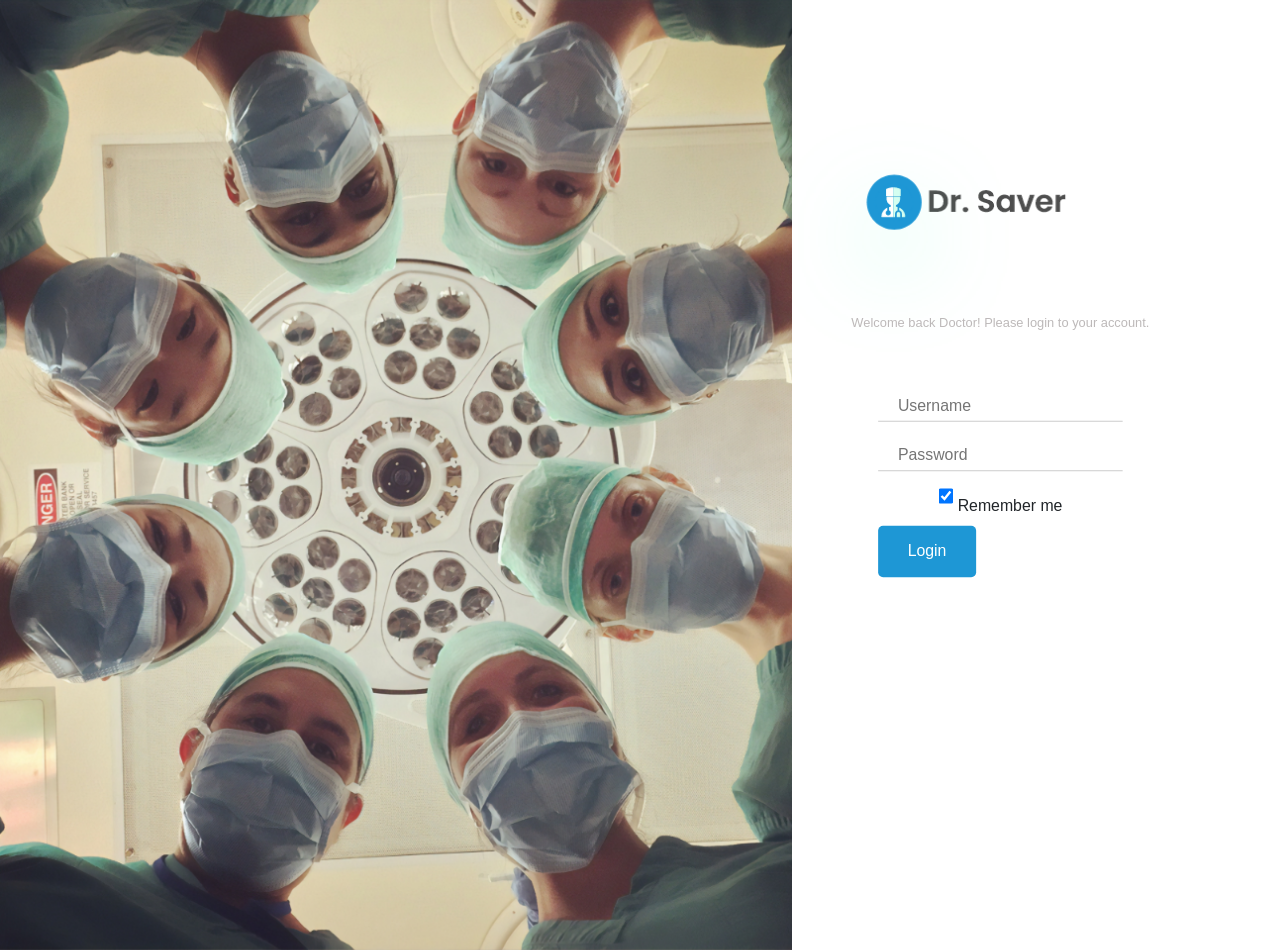
Repository: nsra/hadeel_doctor_system
Page: doctor/Dlogin.html
These files come from the project's save history. The page is drawn as it stood at one moment and after a run of saves; the edit follows.
The browser window is 1280 px wide. The page is 1295 px wide, so the pictures cover 1295 px, including what lies to the right of the window. The pictures show the whole page, at 99% of full size.
Some web fonts or font styles are not loaded; a fallback is used. Some web libraries are served in a nearby version.

Above is the page before, as saved 2022-03-29 16:52:18.

### doctor/Dlogin.html
<!DOCTYPE html>
<html lang="en">
<head>
    <meta charset="UTF-8">
    <meta http-equiv="content-type" content="text/html; charset=UTF-8">
    <title>DrSaver</title>
    <link rel="shortcut icon" href="../assets/img/doctor.png" type="image/x-icon">
    <link rel="stylesheet" href="https://maxcdn.bootstrapcdn.com/bootstrap/4.0.0/css/bootstrap.min.css" integrity="sha384-Gn5384xqQ1aoWXA+058RXPxPg6fy4IWvTNh0E263XmFcJlSAwiGgFAW/dAiS6JXm" crossorigin="anonymous">
    <link rel="stylesheet" href="https://pro.fontawesome.com/releases/v5.10.0/css/all.css" integrity="sha384-AYmEC3Yw5cVb3ZcuHtOA93w35dYTsvhLPVnYs9eStHfGJvOvKxVfELGroGkvsg+p" crossorigin="anonymous"/>
    <link rel="stylesheet" href="../assets/css/style.css" type="text/css">
    <link rel="preconnect" href="https://fonts.gstatic.com">
    <link href="https://fonts.googleapis.com/css2?family=Tajawal:wght@700&display=swap" rel="stylesheet">
    <meta name="viewport" content="width=device-width, initial-scale=1, shrink-to-fit=no">
</head>
<body>
<section class="loginSection">
    <div class="row window-full">
        <div class="hero col-6 float-right ">
           <img  src="../assets/img/dlogin.png"></img>

        </div>
        <div class="col-6 float-left text-center">
            <img class="fleft" src="../assets/img/log1.png"></img>
            <div class="fright pd-y">

              <br>
           <p  class="pcol">Welcome back Doctor! Please login to your account.</p>

          <form action="action_page.php" method="post">


              <input type="text" placeholder="Username" name="uname" required>


              <input type="password" placeholder="Password" name="psw" required>

        <div class="">
            <input type="checkbox" checked="checked" style="width:15px;" name="remember"> Remember me
            </div>
            <button type="submit">Login</button>


          </form>
        </div>
      </div>
    </div>
</section>

<script src="https://ajax.googleapis.com/ajax/libs/jquery/3.5.1/jquery.min.js"></script>
<!-- Popper.JS -->
<script src="https://cdnjs.cloudflare.com/ajax/libs/popper.js/1.14.0/umd/popper.min.js" integrity="sha384-cs/chFZiN24E4KMATLdqdvsezGxaGsi4hLGOzlXwp5UZB1LY//20VyM2taTB4QvJ" crossorigin="anonymous"></script>
<!-- Bootstrap JS -->
<script src="https://stackpath.bootstrapcdn.com/bootstrap/4.1.0/js/bootstrap.min.js" integrity="sha384-uefMccjFJAIv6A+rW+L4AHf99KvxDjWSu1z9VI8SKNVmz4sk7buKt/6v9KI65qnm" crossorigin="anonymous"></script>
<script src="assets/js/scripts.js"></script>

</body>
</html>

### assets/css/style.css
 /*common*/


.overlay{
    position:absolute;
    width:  100%;
    height: 100%;
    top: 0;
    left: 0;
    background-color: rgba(3, 3, 3, 0.7);
}
.hover-opacity{
    transition: opacity .5s;
}
.hover-opacity:hover{
opacity: 0.8;
}

/*general css*/
:root{
    --maincolor:#6195ff;
}
*{
    margin: 0;
    padding: 0;
    box-sizing: border-box;
}
ul{
    list-style: none;
}
.container{
    width: 80%;

    margin: auto;/*elment in the center*/
}
body{
    font-family: 'Varela Round', sans-serif;
}
.clear{
    clear: both;
}
h1,h2,h3,h4,h5,h6{
    font-family: montserrat,sans-serif;
}
button{
    font-family: inherit;
}
a{
    text-decoration: none;
}
.pd-y{
    padding: 100px 0;
}
.section-header{
    text-align: center;
    margin-bottom: 20px;
}
.section-header .section-title{
    font-size: 35px;
    text-transform: capitalize;
    margin-bottom: 10px;
}
.section-header .line{
display: block;
height: 5px;
width: 60px;
margin: 0 auto 70px auto;
background-color: var(--maincolor);
}

.ltr-effect,.tb-effect{
    position: relative;
}
.ltr-effect::after,.tb-effect::after{
position: absolute;
content: "";
top: 0;
right: 0;
left: 0;
bottom: 0;
background: #333;
z-index:-1 ;

}
.ltr-effect:hover::after{
width: 100%;
}
.ltr-effect::after{
    width: 0;
    transition: width 0.5s;
}
.tb-effect::after{
 height: 0;
 transition: height 0.5s;

}
.tb-effect:hover::after{
height: 100%;
}
/* header*/
.header{
    position:fixed;
    width: 100%;
    z-index: 15;
    height: 10%;
  }

 b{
     color: #ffff;

 }
.header .logo{
    width: 50%;
  float: left;
 }
.header .logo img{
    width: 120px;
    margin-left: 20px;
   }
.header .nav{
    width: 50%;
     float: left;
    list-style: none;
    text-align: right;
}
.header .nav > li{
    display: inline-block;

    text-align: right;
}
.header .nav > li > a{
    color: #fff;
    font-size: 15px;

    display: block;
    padding: 30px 15px;
}

.header .nav > li > a.active:after{
content: "";
display: block;
margin-top: 2px;
height: 3px;
background-color: #6195ff;
transition: width 0.5s;

}
.header .nav > li > a.active:after{
    width: 100%;
}

.header .nav > li > a:after{
width: 0;
}
.header .nav > li > a:hover::after{
    width: 100%;
    }
    .dropdown{
        position: relative;
    }
    .dropdown-menu{
        position: absolute;
        background: #6195ff;
        width: 150px;
        text-align: right;
        left: -50%;
        top: 70%;
        opacity: 0;
        visibility: hidden;
        transition: opacity 0.5s;
    }
    .dropdown-menu a{
        color:#fff;
        display: block;
        padding: 10px;

    }
    .dropdown:hover .dropdown-menu{
        opacity: 1;
        visibility:visible;
    }
/*Home section*/
.home{
    height: 100vh;
    background-image: url(../img/background.png);
    background-size: cover;
    position: relative;
}
.home-content{
    position: absolute;
    width: 65%;
    top: 50%;
    left: 50%;
    transform: translate(-50%,-50%);
    text-align: left;
}
.home .title{

margin: 20px 0;
color: var(--maincolor);
letter-spacing: 2px;
line-height: 1.5;
}
.home .home-desc{
    color: #fff;
    font-size: 3.5rem;
    text-transform: uppercase;
}
.home .btn{
    max-width: 150px;
    padding: 15px 0;
    border-radius: 5px;
    border: 0;
    cursor: pointer;
    font-size: 18px;
}

.home .btn-learn{
    background-color: #6195ff;
    color:#fff;

}

nav{
    font-size: 18px;
}
.navbar-light .navbar-brand{
    font-size: 32px;
 }

.navbar-light .navbar-nav .nav-link{
    color: black;
}

 #cplue{
     color:#1E97D5 ;
 }
 .bplue{
background-color: #dce0e4;
 color: #1E97D5;
 }
 .fleft{
     position: relative;
     margin-top: 11%;
    margin-right: 20%;
 }
 .fright{
     position:absolute;
     right:20%;
     top: 20%;
 }
 .pcol{
     color: rgb(189, 185, 185);
     font-size: small;
 }

/*About section*/

.about-content{
    overflow: hidden;
}
.about-item{
     width: 30%;
    float: left;
text-align: center;
border: 1px solid #e8e8e8;
padding: 50px 20px;
}

.about-item.mg{
    margin: 0 5%;
}
.about-item:hover .about-item-title{
    color: #fff;
}
.about-item .icon{
    color: #6195ff;
    margin-bottom: 10px;
}
.about-item-title{
    text-transform: capitalize;
    margin-bottom: 10px;
    transition: color 0.5s;
}
.about-item-desc{
    line-height: 1.6;
    margin-bottom: 10px;
    color:#999 ;
}
.about-item-link{
color: #6195ff;
text-transform: capitalize;
}

/*number section*/
.numbers{
    position: relative;
    background-image: url(../img/background.png);
    background-size: cover;
    background-attachment: fixed;
    height: 300px;
}
.numbers-item{
    overflow: hidden;

}
.number-item{
width: 25%;
float: left;
text-align: center;
}
.number-item .icon{
    color: #6195ff;
    margin-bottom: 15px;
}
.number-item-title{
    font-weight: bold;
    font-size: 30px;
    color: #fff;

}
.number-item-text{
    color: #fff;
}

/*Blog page*/
.blog{
    background: #f9f9f9;
}

.blog-content{
    overflow: hidden;
}
.blog-item{
    width: 30%;
    float: left;
    background: #fff;
}
.blog-item-img img{
width: 100%;
}

.blog-info{
    padding: 20px;
}

.blog-list{
    list-style: none;
    margin: 20px 0;
}
.blog-list li{
    display: inline-block;
    margin: 0 5px;
}

.blog-list li i{
    color: #6195ff;
}
.blog-title{
    font-weight: bold;
    margin: 20px 0;
}
.blog-desc{
    color: #999;
    margin-bottom: 10px;
    line-height: 1.5;
 }
.blog-link{
    color: #6195ff;
}
.blog-item.mg{
    margin: 0 5%;
}

/*contact section*/

/*footer section*/
.footer{
    background: #1c1d23;
    text-align: center;
    padding: 60px 0;
}
.footer-links{
    list-style: none;
    margin: 20px 0;
}
.footer-links li{
    display: inline-block;

}
.footer-links li a{
    display: block;
    width: 50px;
    height: 50px;
    background: #6195ff;
    color: #fff;
    margin: 0 5px;
    border-radius: 50%;
}
.footer-links li a i{
    line-height: 50px;
}

.footer .copyright{
    color: #999;
    font-size: 15px;
    text-transform: uppercase;
}

 /********login******/


  /* Full-width inputs */
  input[type=text], input[type=password] ,input[type=email],input[type=number],input[type=date],input[type=submit]{
    width: 100%;
    padding: 12px 20px;
    margin: 10px 0 ;

    display:flex;
    border: none;
    border-bottom: 1px solid #ccc;

  }

  /* Set a style for all buttons */
  button {
    background-color: #1E97D5;
    color: white;
    padding: 14px 20px;
    margin: 8px 0;
    border: none;
    cursor: pointer;
    width: 40%;

    border-radius: 5px;
  }
  .but{
    padding-top: 10%;
  margin-left: 10%;

    align-items: center;
  }
  /* Add a hover effect for buttons */
  button:hover {
    opacity: 0.8;
  }



  /* Add padding to containers */
  .container {
    padding: 16px;

  }

  .psw{
      margin-left: 60px;
  }
  .signbtn{
      color: #000;
      background-color: #fff;
      border: 1px solid #1E97D5;
  }
  .signbtn:hover{
    background-color: #1E97D5;
    opacity: 0.8;
  }
  .fname{
    position: relative;
  margin-right: 10%;
  }
  .lname {
    position: absolute;
    top: 20%;
    left: 50%;
  }

  /* Change styles for span and cancel button on extra small screens */
  @media screen and (max-width: 300px) {
    span.psw {
      display: block;
      float: none;
    }
    .cancelbtn {
      width: 100%;
    }
  }

.rate{
    margin: 10px;
    float: left;
    background: #eeeeee;
    border-radius: 30px;
}
.rate i{
    color: #ffdb00;
}

.footer {
    display: flex;
    flex-flow: row wrap;
    padding: 30px 30px 20px 30px;
    color: #2f2f2f;
    background-color: #fff;
    border-top: 1px solid #e5e5e5;
  }

  .footer > * {
    flex:  1 100%;
  }

  .footer__addr {
    margin-right: 1.25em;
    margin-bottom: 2em;
  }

  .footer__logo {
    font-family: 'Pacifico', cursive;
    font-weight: 400;
    text-transform: lowercase;
    font-size: 1.5rem;
  }

  .footer__addr h2 {
    margin-top: 1.3em;
    font-size: 15px;
    font-weight: 400;
  }

  .nav__title {
    font-weight: 400;
    font-size: 15px;
  }

  .footer address {
    font-style: normal;
    color: #999;
  }

  .footer__btn {
    display: flex;
    align-items: center;
    justify-content: center;
    height: 36px;
    max-width: max-content;
    background-color: rgb(33, 33, 33, 0.07);
    border-radius: 100px;
    color: #2f2f2f;
    line-height: 0;
    margin: 0.6em 0;
    font-size: 1rem;
    padding: 0 1.3em;
  }

  .footer ul {
    list-style: none;
    padding-left: 0;
  }

  .footer li {
    line-height: 2em;
  }

  .footer a {
    text-decoration: none;
  }

  .footer__nav {
    display: flex;
      flex-flow: row wrap;
  }

  .footer__nav > * {
    flex: 1 50%;
    margin-right: 1.25em;
  }

  .nav__ul a {
    color: #999;
  }

  .nav__ul--extra {
    column-count: 2;
    column-gap: 1.25em;
  }

  .legal {
    display: flex;
    flex-wrap: wrap;
    color: #999;
  }

  .legal__links {
    display: flex;
    align-items: center;
  }

.social{
    padding-top: 50px;
    margin-left: 700px;

}
.socialItem{
   color: #1E97D5;
    border-radius: 50%;
    line-height: 2;
    margin: 15px;
}
.socialItem:hover{
    background: #6db4e4;
    border:  2px white;

}
  .heart {
    color: #2f2f2f;
  }

  @media screen and (min-width: 24.375em) {
    .legal .legal__links {
      margin-left: auto;
    }
  }

  @media screen and (min-width: 40.375em) {
    .footer__nav > * {
      flex: 1;
    }

    .nav__item--extra {
      flex-grow: 2;
    }

    .footer__addr {
      flex: 1 0px;
    }

    .footer__nav {
      flex: 2 0px;
    }
  }
/******** about page ***********/
.heroSection img{
    border-radius: 30px;
}
/******** Pprofile page ***********/

.sidebar {
  margin: 0;
  margin-left: 10%;
  padding: 0;
  width: 30%;
  text-align: center;
  position: absolute;
  height: 100%;
  overflow: auto;

}

.sidebar a {
  display: block;
  color: black;
  padding: 16px;
  text-decoration: none;
}

@media screen and (max-width: 700px) {
  .sidebar {
    width: 100%;
    height: auto;
    position: relative;
  }
  .sidebar a {float: left;}
  div.content {margin-left: 0;}
}

@media screen and (max-width: 400px) {
  .sidebar a {
    text-align: center;
    float: none;
  }
}


.card{
  width: 95%;
 }

.update{

border: none;
margin-left: 100px;
color: white;
padding: 15px 32px;
text-align: center;
text-decoration: none;
display: inline-block;
font-size: 16px;
}

 ul{
  list-style-type: none;
 }

 input,select{
  height: 30px;
  border:none;
  border-bottom: 1px solid gray;
  outline: none;
 width: 100%;

}
.staryel{
     color: yellow;
 }
form{
display: flex;

width: 100%;
height: 90%;
margin-top:20px;
padding:30px;
display: flex;

flex-direction: column;
justify-content: space-around;
border-radius: 5px;

}

### assets/js/scripts.js
$("#profileImage").click(function(e) {
    $("#imageUpload").click();
});
/****** 100 vh section **********/
var elements = document.getElementsByClassName('window-full');
var windowheight = window.innerHeight + "px";

fullheight(elements);
function fullheight(elements) {
    for(let el in elements){
        if(elements.hasOwnProperty(el)){
            elements[el].style.height = windowheight;
        }
    }
}

window.onresize = function(event){
    fullheight(elements);
}

After the next 2 saves:
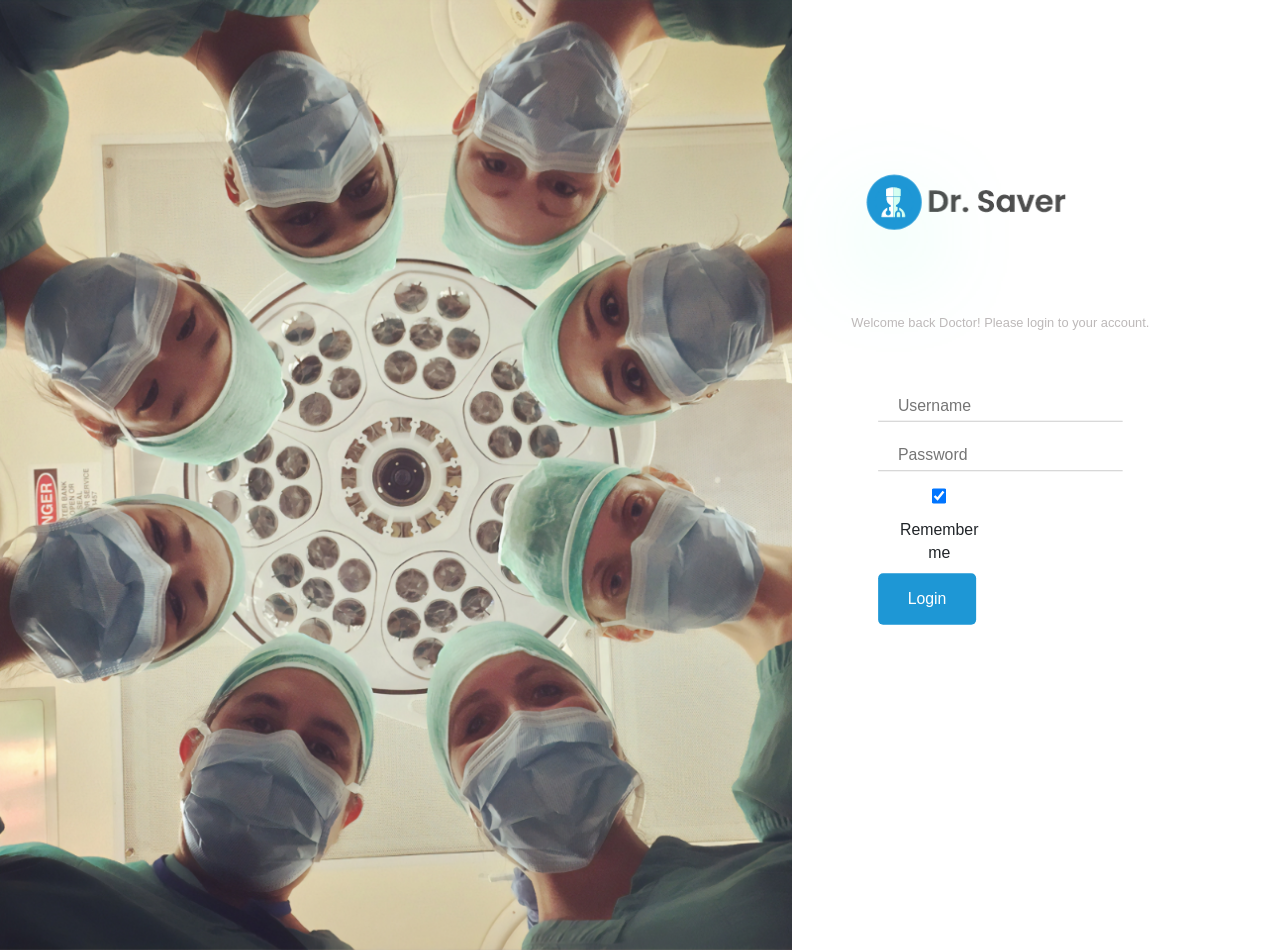
The 2 saves are shown as one change because they came seconds apart.
The last was saved 8 s later.
--- a/doctor/Dlogin.html
+++ b/doctor/Dlogin.html
@@ -34,7 +34,7 @@
 
               <input type="password" placeholder="Password" name="psw" required>
 
-        <div class="">
+        <div class="col-6">
             <input type="checkbox" checked="checked" style="width:15px;" name="remember"> Remember me
             </div>
             <button type="submit">Login</button>

After the 2 saves that followed:
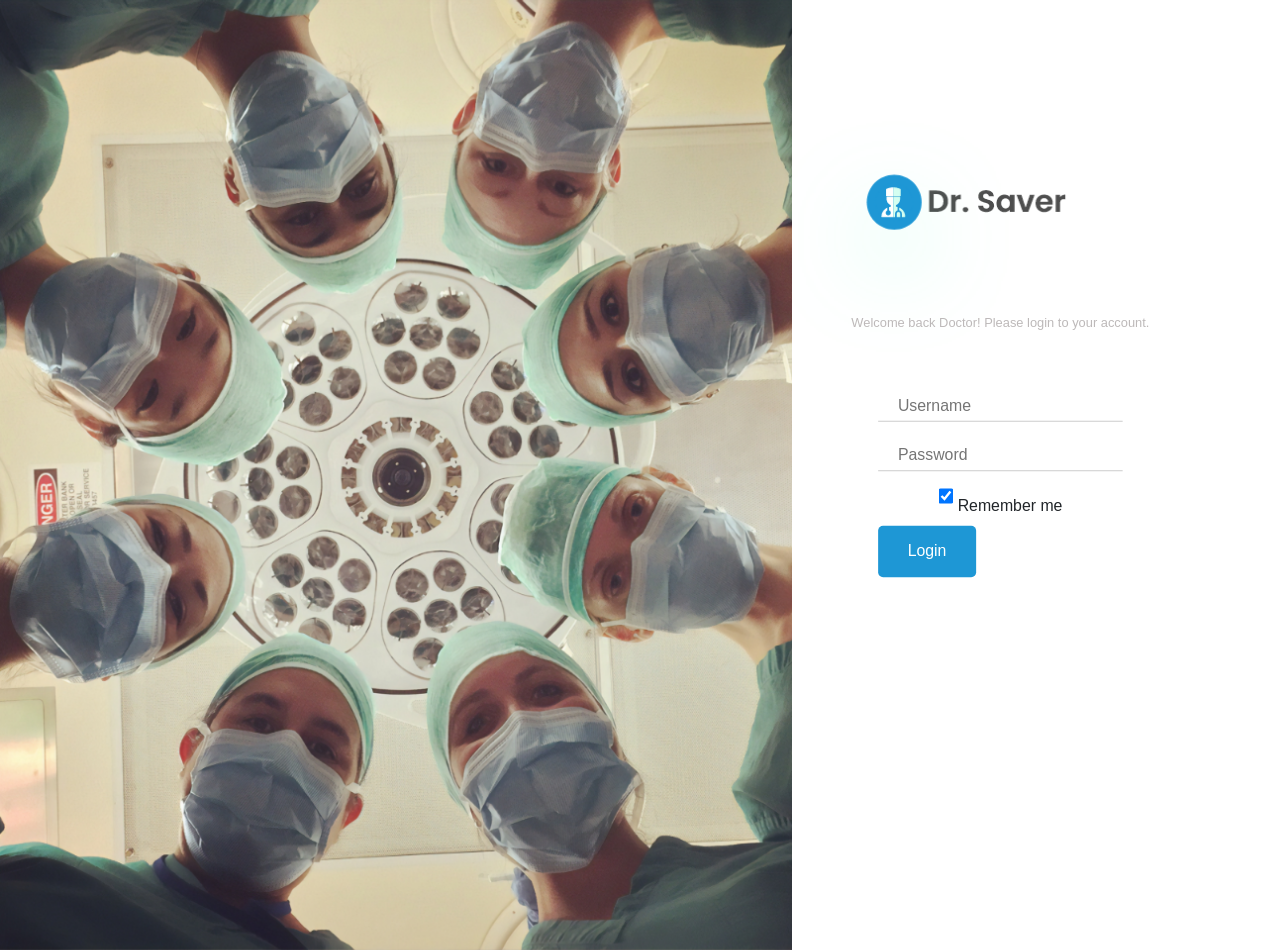
The 2 saves are shown as one change because they came seconds apart.
The last was saved 7 s later.
--- a/doctor/Dlogin.html
+++ b/doctor/Dlogin.html
@@ -34,7 +34,7 @@
 
               <input type="password" placeholder="Password" name="psw" required>
 
-        <div class="col-6">
+        <div class="col-12">
             <input type="checkbox" checked="checked" style="width:15px;" name="remember"> Remember me
             </div>
             <button type="submit">Login</button>
